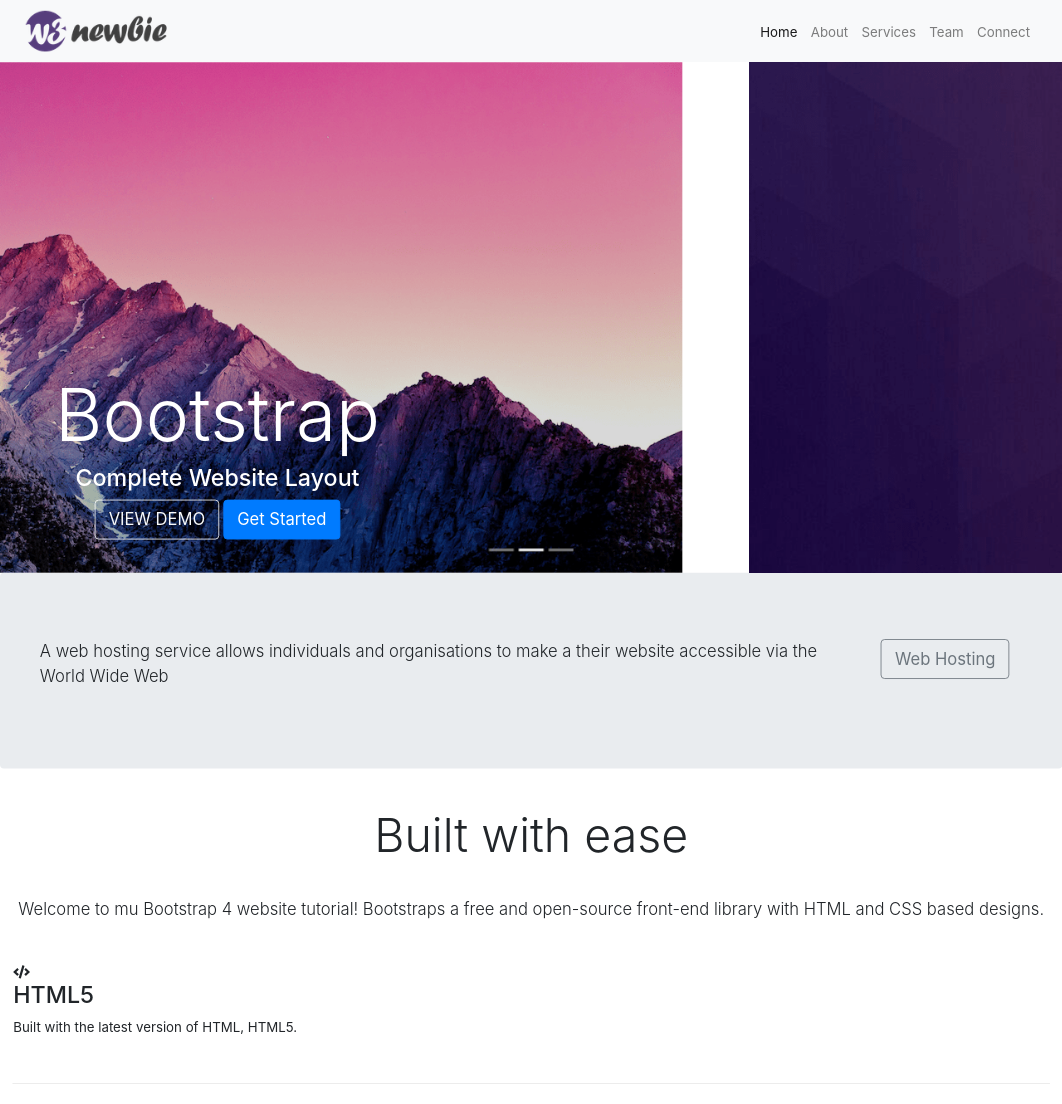
Repository: rkyankya/Bootstrap-1
Page: index.html
An editor plug-in stored every save of this project. The page is shown before and after the next save, followed by the edit.
The browser window is 1280 px wide. The pictures show the whole page, at 83% of full size.
Some web libraries are served in a nearby version.

Above is the page before, as saved 2019-12-15 17:17:58.

After the next save:
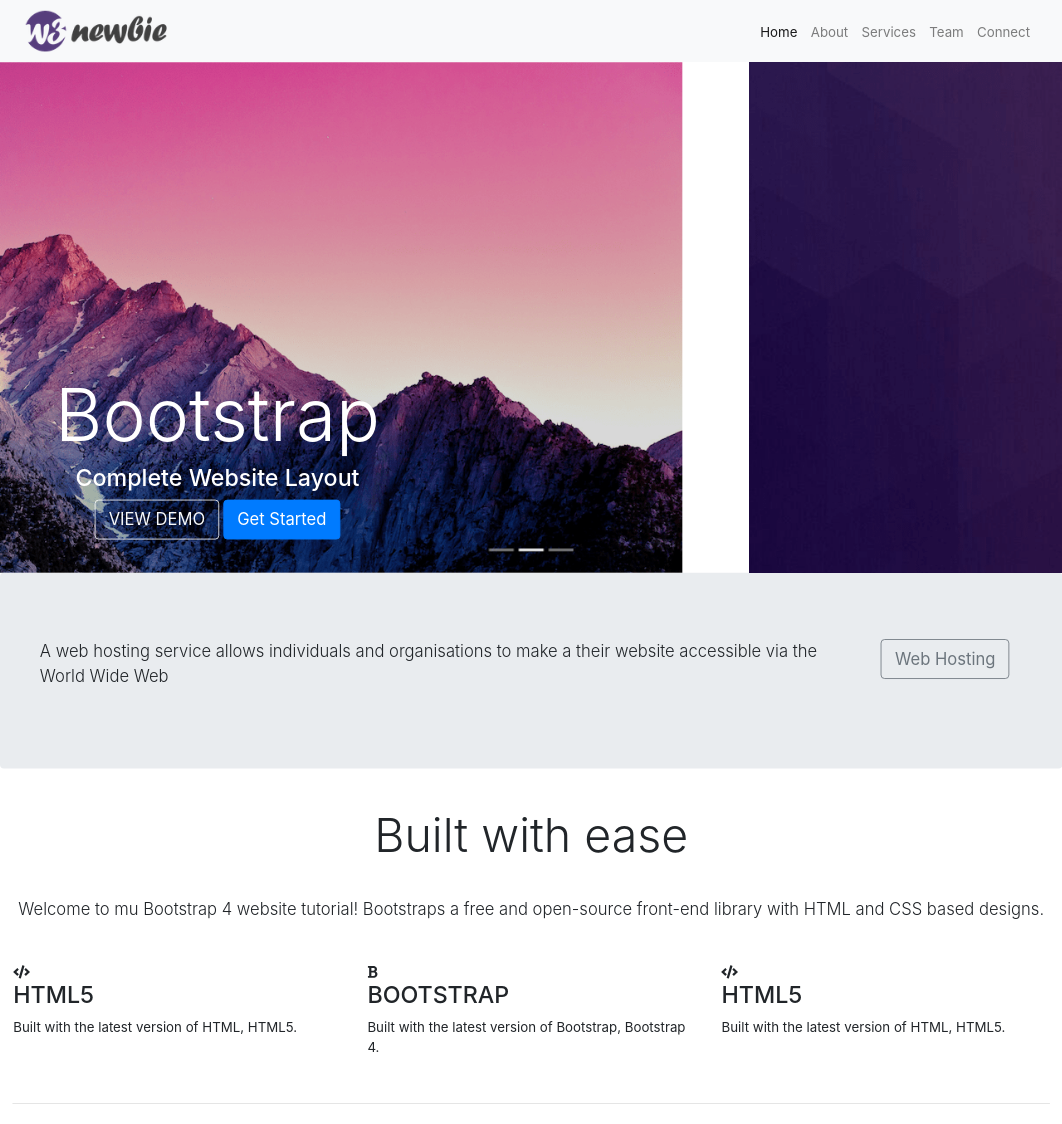
Saved 3 min 14 s later.
--- a/index.html
+++ b/index.html
@@ -107,6 +107,16 @@
                 <h3>HTML5</h3>
                 <p>Built with the latest version of HTML, HTML5.</p>
             </div>
+            <div class="col-xs-12 col-sm-6 col-md-4">
+                <i class="fas fa-bold"></i>
+                <h3>BOOTSTRAP</h3>
+                <p>Built with the latest version of Bootstrap, Bootstrap 4.</p>
+            </div>
+            <div class="col-xs-12 col-sm-6 col-md-4">
+                <i class="fas fa-code"></i>
+                <h3>HTML5</h3>
+                <p>Built with the latest version of HTML, HTML5.</p>
+            </div>
         </div>
         <hr class="my-4">
     </div>
